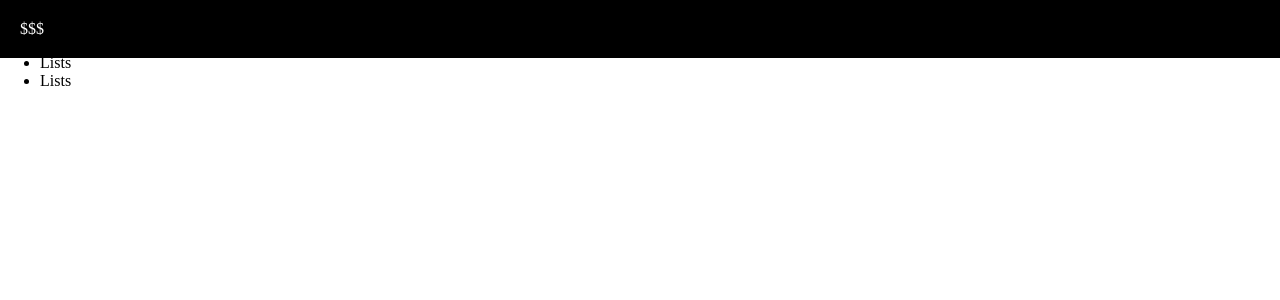
Repository: hemantsaini-7/React_Basics
Page: / (app in SIDEBAR/), after clicking the first element matching `span`
These files come from the project's save history. The page is drawn as it stood at one moment and after the next save; the edit follows.
The browser window is 1280 px wide. The pictures show the whole page.
The project was rebuilt for these pictures with package versions that can differ from the ones it lists, and the page was loaded fresh each time. Also part of the build but not shown: SIDEBAR/src/components/Sidebar.js.

Above is the page before, as saved 2020-11-15 20:20:39.

### SIDEBAR/src/App.js
import React from 'react';
import './App.css';
import Navbar from './components/Navbar'

function App() {
  return (
    <div>
      <Navbar/>
    </div>
  );
}

export default App;

### SIDEBAR/src/App.css
* {
  margin: 0px;
}
nav {
  background-color: black;
  color: white;
  padding: 20px;
  position: fixed;
  width: 100vw;
}
.ul {
  background-color: aqua;
}
.li {
  background-color: chartreuse;
}
.side-active {
  background-color: chocolate;
}

### SIDEBAR/src/components/Navbar.js
import React from 'react'
import { useState } from 'react'
import Sidebar from './Sidebar'

function Navbar() {
    const [sidebar,setsidebar]=useState(true);

const ClickHandler=()=>{
    setsidebar(!sidebar);
}

    return (
        <>
        <nav>
            <span onClick={ClickHandler}>$$$</span>
        </nav>

        <div className={sidebar ? "side-active" : "side-deactive"}>
            <ul>
                <li>Home</li>
                <li>Products</li>
                <li>Lists</li>
                <li>Lists</li>
                <li>Lists</li>
            </ul>
        </div>
        </>
    )
}

export default Navbar

Loaded but not shown: SIDEBAR/public/index.html (common file); SIDEBAR/src/index.js (common file)

After the next save:
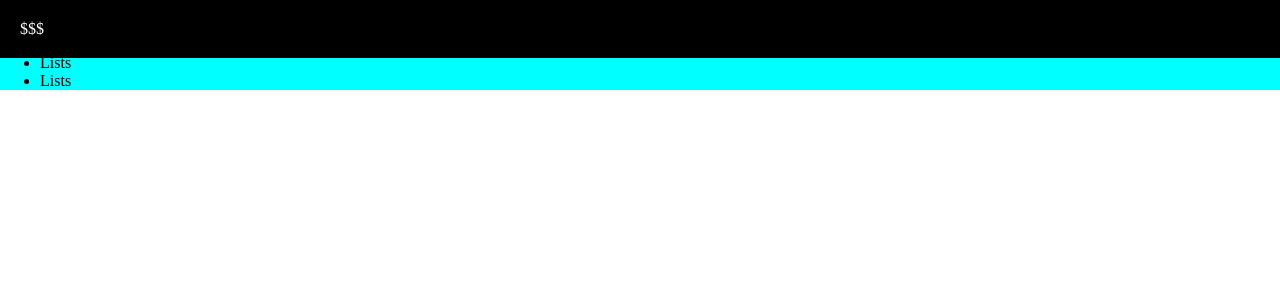
Saved 18 s later.
--- a/SIDEBAR/src/App.css
+++ b/SIDEBAR/src/App.css
@@ -17,3 +17,6 @@ nav {
 .side-active {
   background-color: chocolate;
 }
+.side-deactive {
+  background-color: aqua;
+}
